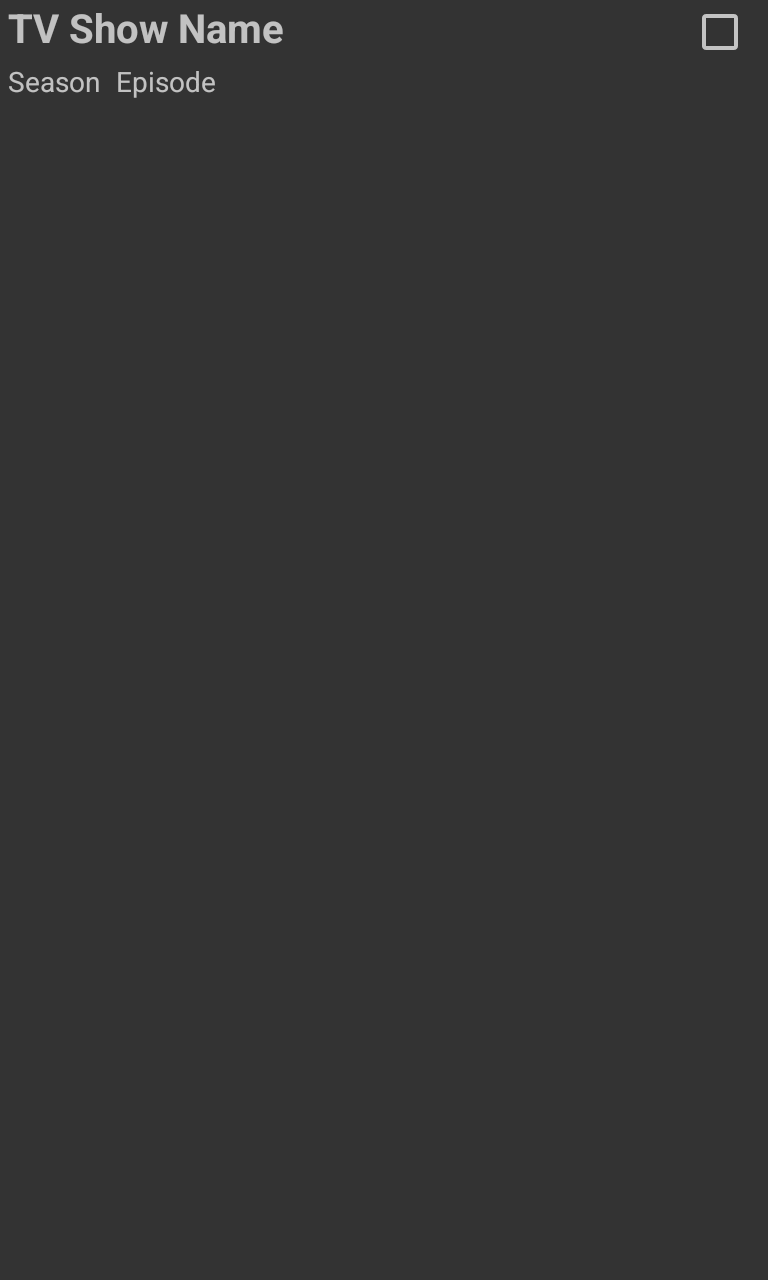
Repository: Jeedan/learning-android-apps
Layout: TvShowTracker/res/layout/list_item_tvshow.xml
These files come from the project's save history. The layout is drawn as it stood at one moment and after the next save; the edit follows.
It is drawn on a 768 x 1280 px phone screen (xhdpi) without system bars, with theme AppTheme; the app's code is not run. The app's manifest (not shown) leaves right-to-left support off. So textAlignment, textDirection and layoutDirection are ignored, and left and right values win over start and end ones.

Above is the layout before, as saved 2014-10-29 14:51:01.

### TvShowTracker/res/layout/list_item_tvshow.xml
<?xml version="1.0" encoding="utf-8"?>
<RelativeLayout xmlns:android="http://schemas.android.com/apk/res/android"
    android:layout_width="match_parent"
    android:layout_height="wrap_content" >

    <TextView
        android:id="@+id/tv_Show_Name_Text_View"
        android:layout_width="match_parent"
        android:layout_height="wrap_content"
        android:textSize="20sp"
        android:textStyle="bold"
        android:paddingLeft="4dp"
        android:paddingRight="4dp"
        android:text="@string/tv_show_name"/>

    <CheckBox android:id="@+id/tracked_tv_show_check_box"
        android:layout_width="wrap_content"
        android:layout_height="wrap_content"
        android:layout_alignParentRight="true"
        android:layout_alignParentEnd="true"
        android:padding="4dp"
        android:enabled="true"
        android:focusable="false"
        />

	<TextView
        android:id="@+id/tv_Show_Season_Text_View"
        android:layout_width="wrap_content"
        android:layout_height="wrap_content"
        android:paddingLeft="4dp"
        android:paddingRight="4dp"
        android:paddingTop="4dp"
        android:layout_below="@id/tv_Show_Name_Text_View"
        android:text="@string/tv_show_season"/>

	<TextView
        android:id="@+id/tv_Show_Episode_Text_View"
        android:layout_width="wrap_content"
        android:layout_height="wrap_content"
        android:paddingLeft="4dp"
        android:paddingRight="4dp"
        android:paddingTop="4dp"
        android:layout_below="@id/tv_Show_Name_Text_View"
        android:layout_toEndOf="@id/tv_Show_Season_Text_View"
        android:layout_toRightOf="@id/tv_Show_Season_Text_View"
        android:text="@string/tv_show_episode_title"/>

</RelativeLayout>

### TvShowTracker/res/values-v21/styles.xml
<resources>

    <!--
        Base application theme for API 14+. This theme completely replaces
        AppBaseTheme from BOTH res/values/styles.xml and
        res/values-v11/styles.xml on API 14+ devices.
    -->
    <style name="AppBaseTheme" parent="@android:style/Theme.Material">
        <!-- API 21 theme customizations can go here. -->
     	<!-- Main theme colors -->
	    <!--   your app branding color for the app bar (Action bar_)-->
	    <item name="android:colorPrimary">@color/primary</item>
	    <!--   darker variant for the status bar and contextual app bars -->
	    <item name="android:colorPrimaryDark">@color/primary_dark</item>
	    <!--   theme UI controls like checkboxes and text fields -->
	    <item name="android:colorAccent">@color/accent</item>
	    <!--   winow background -->
	    <item name="android:windowBackground">@color/windowBackground</item>
	    <!--   Text but don't know if it is for all texts -->
	    <item name="android:textColorPrimary">@color/textColorPrimary_Light</item>
    </style>

        <!-- Application theme. -->
    <style name="AppTheme" parent="AppBaseTheme">
        </style>
</resources>

### TvShowTracker/res/values/colors.xml
<?xml version="1.0" encoding="utf-8"?>
<resources>
    <color name="accent">#FF9D00</color>

    <!--  example: season + episode + release date info text under Show Name -->
    <color name="show_subtitle_text_view_color">#368ABF</color>

    <color name="textColorPrimary">#ffffff</color>
    <color name="textColorPrimary_Light">#666666</color>

    <color name="windowBackground">#333333</color>

    <color name="primary">#1a1a1a</color>
    <color name="primary_dark">#000000</color>

</resources>

### TvShowTracker/res/values/strings.xml
<?xml version="1.0" encoding="utf-8"?>
<resources>

    <string name="app_name">TvShowTracker</string>
    <string name="app_all_shows">List of all available shows</string>
    <string name="app_calendar_title">Today\'s shows</string>
    <string name="action_settings">Settings</string>

    <string name="tv_show_name">TV Show Name</string>
    <string name="tv_show_season">Season</string>
    <string name="tv_show_episode_title">Episode</string>


    <string name="empty_list">There are no TV Shows in this list.</string>


    <string name="tracking_text_check_box">Tracking</string>

</resources>

Loaded but not shown: TvShowTracker/res/values/styles.xml (common file); TvShowTracker/res/values-v11/styles.xml (common file)

After the next save:
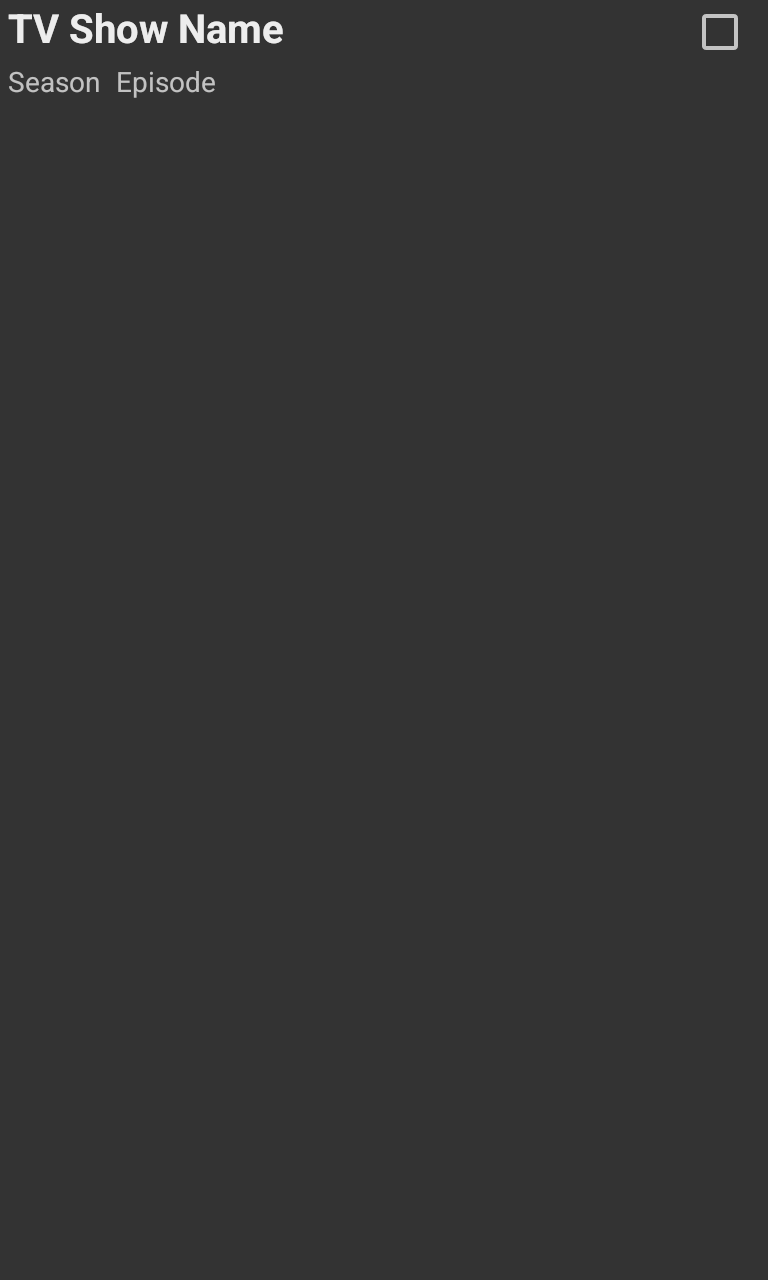
Saved 12 s later.
--- a/TvShowTracker/res/layout/list_item_tvshow.xml
+++ b/TvShowTracker/res/layout/list_item_tvshow.xml
@@ -13,6 +13,16 @@
         android:paddingRight="4dp"
         android:text="@string/tv_show_name"/>
 
+        <TextView
+        android:id="@+id/tv_Show_Name_Text_View"
+        android:layout_width="match_parent"
+        android:layout_height="wrap_content"
+        android:textSize="20sp"
+        android:textStyle="bold"
+        android:paddingLeft="4dp"
+        android:paddingRight="4dp"
+        android:text="@string/tv_show_name"/>
+    android:text="@string/tracking_text_check_box"
     <CheckBox android:id="@+id/tracked_tv_show_check_box"
         android:layout_width="wrap_content"
         android:layout_height="wrap_content"
